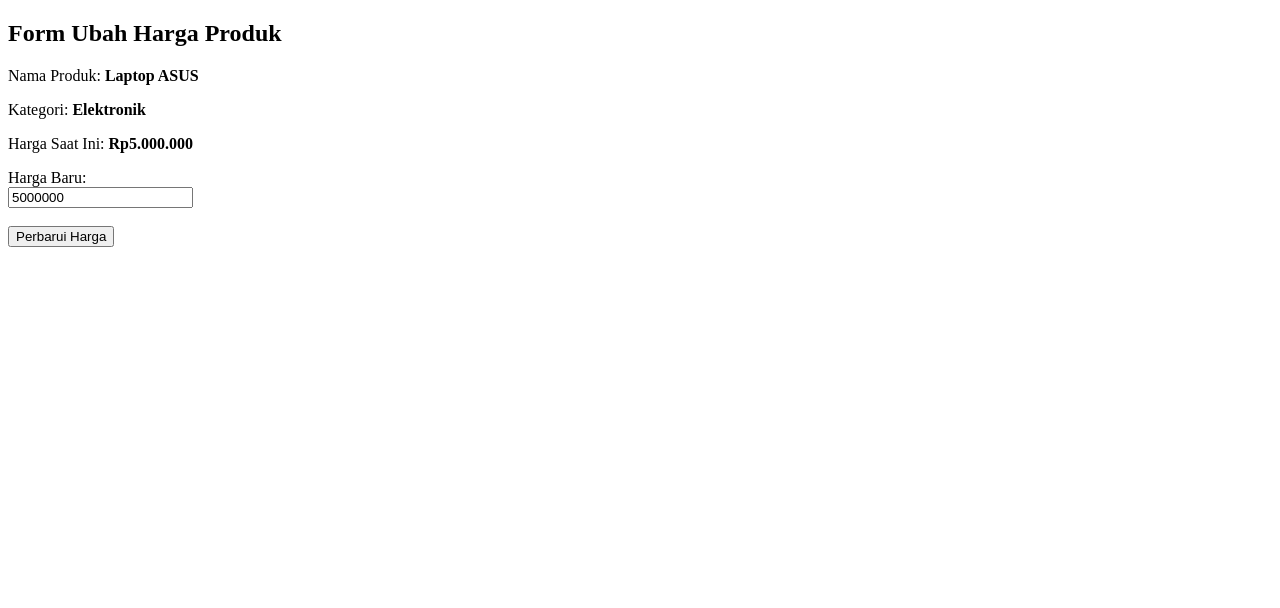
Repository: Bearli-py/latihan_laravel
Page: http://localhost/produk/edit-harga
An editor plug-in stored every save of this project. The page is shown before and after the next save, followed by the edit.
The browser window is 1280 px wide. The pictures show the whole page.
Some web fonts or font styles are not loaded; a fallback is used. The page is served by the project's Laravel application, run on PHP 8.4 with Laravel 10. Other server files are loaded and not shown.

Above is the page before, as saved 2025-10-22 15:22:28.

### routes/web.php
<?php
use Illuminate\Http\Request;
use Illuminate\Support\Facades\Route;

/*
|--------------------------------------------------------------------------
| Web Routes
|--------------------------------------------------------------------------
|
| Here is where you can register web routes for your application. These
| routes are loaded by the RouteServiceProvider and all of them will
| be assigned to the "web" middleware group. Make something great!
|
*/

Route::get('/', function () {
    return view('welcome');
});

Route::get('/', function () {
return "Hello World";
});

Route::get('/user', function () {
return "Hello User";
});

// Langkah 1: Route GET untuk menampilkan form
Route::get('/form-produk', function () {
    return view('form-produk');
});

// Langkah 2: Route POST untuk menerima data form
Route::post('/kirim-produk', function (Request $request) {
    $nama = $request->input('nama');
    $harga = $request->input('harga');
    $kategori = $request->input('kategori');

    return "Produk bernama <b>$nama</b> dengan harga <b>Rp$harga</b> termasuk kategori <b>$kategori</b> berhasil dikirim!";
});

// Langkah 3: Route GET untuk menampilkan form edit
Route::get('/produk/edit', function () {
    return view('edit-produk');
});

// Langkah 4: Route PUT untuk menerima data edit
Route::put('/produk/update', function (Request $request) {
    $namaBaru = $request->input('nama');
    $hargaBaru = $request->input('harga');
    $kategoriBaru = $request->input('kategori');

    return "Data produk berhasil diperbarui menjadi:<br>
            <b>Nama:</b> $namaBaru <br>
            <b>Harga:</b> Rp$hargaBaru <br>
            <b>Kategori:</b> $kategoriBaru";
});

// Langkah 5: Route GET untuk menampilkan form edit harga
Route::get('/produk/edit-harga', function () {
    return view('edit-harga');
});

// Langkah 6: Route PATCH untuk menerima data edit harga
Route::patch('/produk/update-harga', function (Request $request) {
    $hargaBaru = $request->input('harga');
    return "Harga produk berhasil diperbarui menjadi <b>Rp$hargaBaru</b>
(tanpa mengubah data lain).";
});

### resources/views/edit-harga.blade.php
<!DOCTYPE html>
<html lang="id">
<head>
    <meta charset="UTF-8">
    <meta name="viewport" content="width=device-width, initial-scale=1.0">
    <title>Edit Harga Produk</title>
</head>
<body>
    <h2>Form Ubah Harga Produk</h2>

    <p>Nama Produk: <b>Laptop ASUS</b></p>
    <p>Kategori: <b>Elektronik</b></p>
<p>Harga Saat Ini: <b>Rp5.000.000</b></p>
<form action="/produk/update-harga" method="POST">
@csrf
@method('PATCH')
<label>Harga Baru:</label><br>
<input type="number" name="harga" value="5000000" required><br><br>
<button type="submit">Perbarui Harga</button>
</form>
</body>
</html>

After the next save:
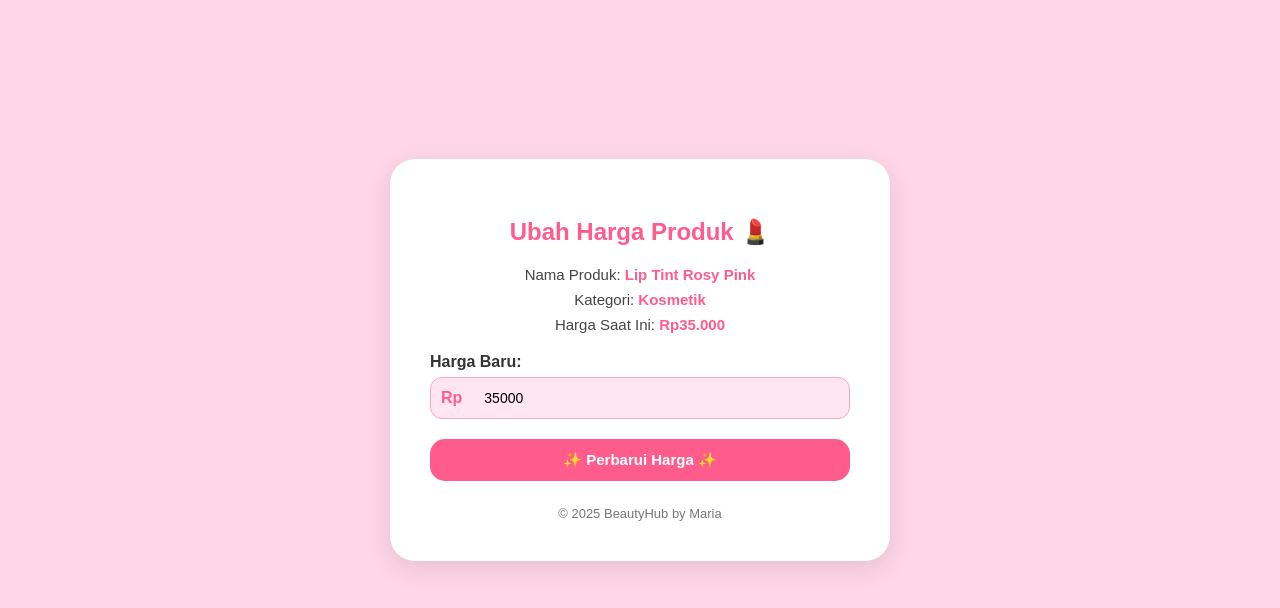
Saved 93 s later.
--- a/resources/views/edit-harga.blade.php
+++ b/resources/views/edit-harga.blade.php
@@ -3,20 +3,125 @@
 <head>
     <meta charset="UTF-8">
     <meta name="viewport" content="width=device-width, initial-scale=1.0">
-    <title>Edit Harga Produk</title>
+    <title>Edit Harga Produk | BeautyHub</title>
+    <style>
+        @import url('https://fonts.googleapis.com/css2?family=Quicksand:wght@500;600&family=Poppins:wght@400;600&display=swap');
+
+        body {
+            font-family: 'Quicksand', sans-serif;
+            background-color: #ffd6e8;
+            margin: 0;
+            padding: 0;
+            display: flex;
+            justify-content: center;
+            align-items: center;
+            height: 100vh;
+        }
+
+        .form-container {
+            background-color: #fff;
+            border-radius: 25px;
+            padding: 40px;
+            width: 420px;
+            box-shadow: 0 8px 25px rgba(0, 0, 0, 0.1);
+            text-align: center;
+        }
+
+        h2 {
+            color: #ff5c8d;
+            margin-bottom: 20px;
+            font-weight: 700;
+        }
+
+        p {
+            font-size: 15px;
+            color: #444;
+            margin: 8px 0;
+        }
+
+        b {
+            color: #ff5c8d;
+        }
+
+        label {
+            display: block;
+            text-align: left;
+            font-weight: 600;
+            color: #333;
+            margin-bottom: 6px;
+            margin-top: 20px;
+        }
+
+        .harga-wrapper {
+            display: flex;
+            align-items: center;
+            background: #ffe6f1;
+            border-radius: 12px;
+            border: 1.5px solid #f4a9c4;
+        }
+
+        .harga-wrapper span {
+            padding: 0 10px;
+            color: #ff5c8d;
+            font-weight: 600;
+        }
+
+        .harga-wrapper input {
+            border: none;
+            background: transparent;
+            flex: 1;
+            padding: 12px;
+            font-size: 14px;
+            outline: none;
+        }
+
+        button {
+            background-color: #ff5c8d;
+            color: white;
+            border: none;
+            padding: 12px;
+            width: 100%;
+            border-radius: 15px;
+            cursor: pointer;
+            font-weight: 600;
+            font-size: 15px;
+            margin-top: 20px;
+            transition: background 0.3s ease-in-out;
+        }
+
+        button:hover {
+            background-color: #ff4081;
+        }
+
+        footer {
+            margin-top: 25px;
+            font-size: 13px;
+            color: #777;
+        }
+    </style>
 </head>
 <body>
-    <h2>Form Ubah Harga Produk</h2>
+    <div class="form-container">
+        <h2>Ubah Harga Produk 💄</h2>
 
-    <p>Nama Produk: <b>Laptop ASUS</b></p>
-    <p>Kategori: <b>Elektronik</b></p>
-<p>Harga Saat Ini: <b>Rp5.000.000</b></p>
-<form action="/produk/update-harga" method="POST">
-@csrf
-@method('PATCH')
-<label>Harga Baru:</label><br>
-<input type="number" name="harga" value="5000000" required><br><br>
-<button type="submit">Perbarui Harga</button>
-</form>
+        <p>Nama Produk: <b>Lip Tint Rosy Pink</b></p>
+        <p>Kategori: <b>Kosmetik</b></p>
+        <p>Harga Saat Ini: <b>Rp35.000</b></p>
+
+        <form action="/produk/update-harga" method="POST">
+            @csrf
+            @method('PATCH')
+
+            <label>Harga Baru:</label>
+            <div class="harga-wrapper">
+                <span>Rp</span>
+                <input type="number" name="harga" value="35000" min="1000" step="500" required>
+            </div>
+
+            <button type="submit">✨ Perbarui Harga ✨</button>
+        </form>
+
+        <footer>© 2025 BeautyHub by Maria</footer>
+    </div>
 </body>
 </html>
